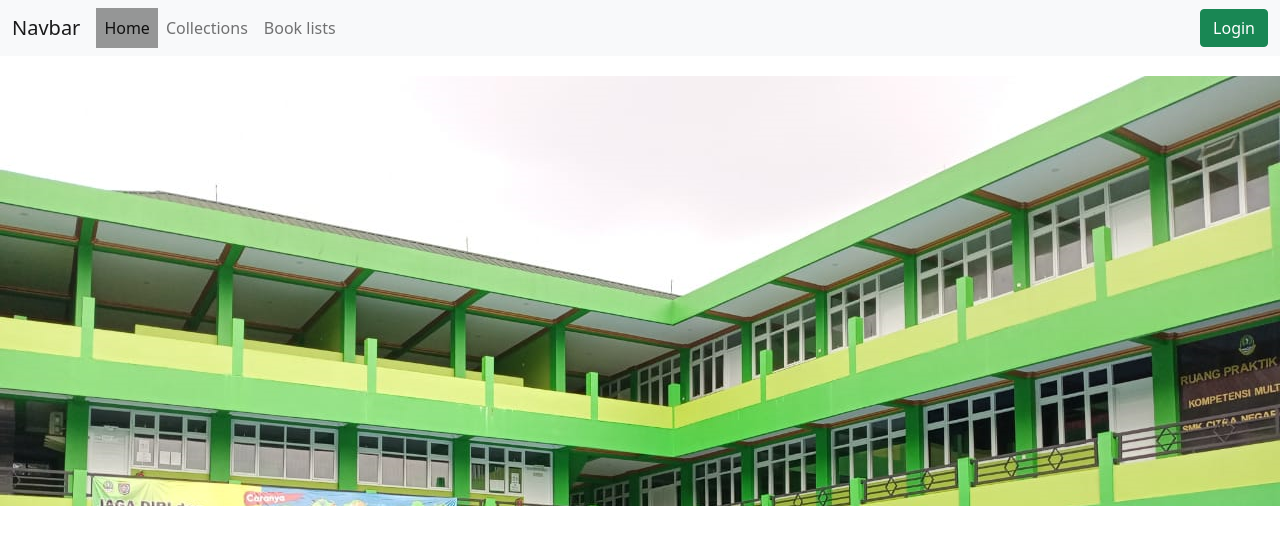
Repository: humanrizki/app-perpus-laravel-8
Page: http://localhost/home
The author's editor kept a copy of each file at every save. The page is drawn from the files as they stood at one save, then again after the next save.
The browser window is 1280 px wide. The pictures show the whole page.
Some web libraries are served in a nearby version. The page is served by the project's Laravel application, run on PHP 8.4 with Laravel 8. Other server files are loaded and not shown.

Above is the page before, as saved 2021-11-25 11:50:21.

### routes/web.php
<?php

use App\Http\Controllers\CollectionController;
use Illuminate\Support\Facades\Route;

/*
|--------------------------------------------------------------------------
| Web Routes
|--------------------------------------------------------------------------
|
| Here is where you can register web routes for your application. These
| routes are loaded by the RouteServiceProvider within a group which
| contains the "web" middleware group. Now create something great!
|
*/

Route::get('/', function () {
    return view('welcome');
});

Auth::routes();

Route::get('/home', [App\Http\Controllers\HomeController::class, 'index'])->name('home');
Route::get('/collections',[CollectionController::class,'index'])->name('collections');
Route::get('/collections/{collection:slug}',[CollectionController::class,'show']);

### app/Http/Controllers/HomeController.php
<?php

namespace App\Http\Controllers;

use Illuminate\Http\Request;

class HomeController extends Controller
{
    /**
     * Create a new controller instance.
     *
     * @return void
     */
    public function __construct()
    {
        $this->middleware('guest');
    }

    /**
     * Show the application dashboard.
     *
     * @return \Illuminate\Contracts\Support\Renderable
     */
    public function index()
    {
        return view('HomeTemplate',[
            'title'=>'home page'
        ]);
    }
}

### resources/views/homeTemplate.blade.php
@extends('layouts.capp')
@section('content')
    <div class="container-img" style="width: 100%; height:450px; overflow:hidden;">
        <div class="img-content">
            <img src="img/cn.png" alt="" class="w-100" style="padding: 0px; margin-top:20px;">
        </div>
    </div>
@endsection

### resources/views/layouts/capp.blade.php
<!doctype html>
<html lang="en">
  <head>
    <meta charset="utf-8" />
    <meta http-equiv="X-UA-Compatible" content="IE=edge,chrome=1" />
    <meta content='width=device-width, initial-scale=1.0, maximum-scale=1.0, user-scalable=0, shrink-to-fit=no' name='viewport' />
    <title>{{ $title }}</title>

    <!--     Fonts and icons     -->
    <link href="https://fonts.googleapis.com/css?family=Montserrat:400,700,200" rel="stylesheet" />
    <link href="https://use.fontawesome.com/releases/v5.0.6/css/all.css" rel="stylesheet">
    <style>
      *,body{
        margin: 0px;
        padding: 0px;
      }
    </style>
    <link href="https://cdn.jsdelivr.net/npm/bootstrap@5.0.2/dist/css/bootstrap.min.css" rel="stylesheet" integrity="sha384-EVSTQN3/azprG1Anm3QDgpJLIm9Nao0Yz1ztcQTwFspd3yD65VohhpuuCOmLASjC" crossorigin="anonymous">
    <link rel="stylesheet" href="css/ul.css">
  </head>
  <body>
    @include('partials.header')
    @yield('content')

    <!--   Core JS Files   -->
    <script src="https://cdn.jsdelivr.net/npm/bootstrap@5.0.2/dist/js/bootstrap.bundle.min.js" integrity="sha384-MrcW6ZMFYlzcLA8Nl+NtUVF0sA7MsXsP1UyJoMp4YLEuNSfAP+JcXn/tWtIaxVXM" crossorigin="anonymous"></script>
  </body>
</html>

### resources/views/partials/header.blade.php

<nav class="navbar navbar-expand-lg navbar-light bg-light">
    <div class="container-fluid">
      <a class="navbar-brand" href="#">Navbar</a>
      <button class="navbar-toggler" type="button" data-bs-toggle="collapse" data-bs-target="#navbarSupportedContent" aria-controls="navbarSupportedContent" aria-expanded="false" aria-label="Toggle navigation">
        <span class="navbar-toggler-icon"></span>
      </button>
      <div class="collapse navbar-collapse" id="navbarSupportedContent">
        <ul class="navbar-nav me-auto mb-2 mb-lg-0">
          <li class="nav-item">
            <a class="nav-link {{ (request()->is('home')) ? 'active':'';}}" aria-current="page" href="/home">Home</a>
          </li>
          <li class="nav-item ">
            <a class="nav-link {{ (request()->is('collections*')) ? 'active':'';}}" href="/collections">Collections</a>
          </li>
          <li class="nav-item">
            <a class="nav-link {{ (request()->is('lists')) ? 'active':'';}}" href="/lists">Book lists</a>
          </li>
        </ul>
        <div class="container-login">
            <a href="/login" class="btn btn-success">Login</a>
        </div>
      </div>
    </div>
  </nav>

### public/css/ul.css
.nav-link.active{
    background-color: rgba(0, 0, 0, 0.4);
}

Loaded but not shown: app/Providers/AppServiceProvider.php (common file); app/Http/Controllers/Auth/ConfirmPasswordController.php (common file); app/Http/Controllers/Controller.php (common file)

After the next save:
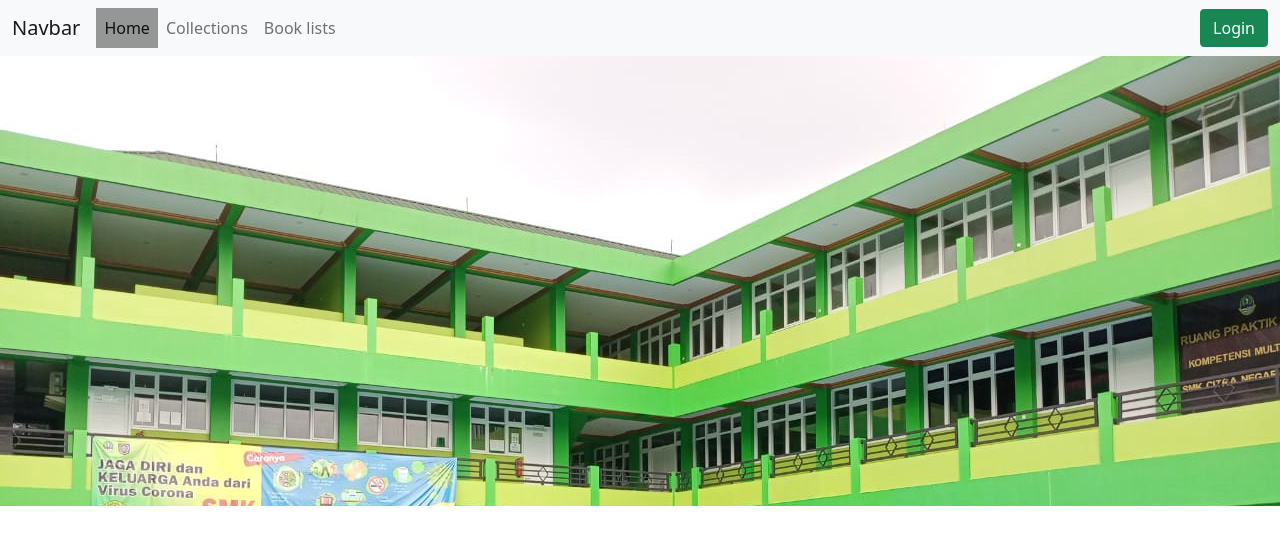
Saved 2 min 35 s later.
--- a/resources/views/homeTemplate.blade.php
+++ b/resources/views/homeTemplate.blade.php
@@ -2,7 +2,10 @@
 @section('content')
     <div class="container-img" style="width: 100%; height:450px; overflow:hidden;">
         <div class="img-content">
-            <img src="img/cn.png" alt="" class="w-100" style="padding: 0px; margin-top:20px;">
+            <img src="img/cn.png" alt="" class="w-100" style="
+                padding: 0px;
+                margin-top:-20px;
+                ">
         </div>
     </div>
 @endsection
